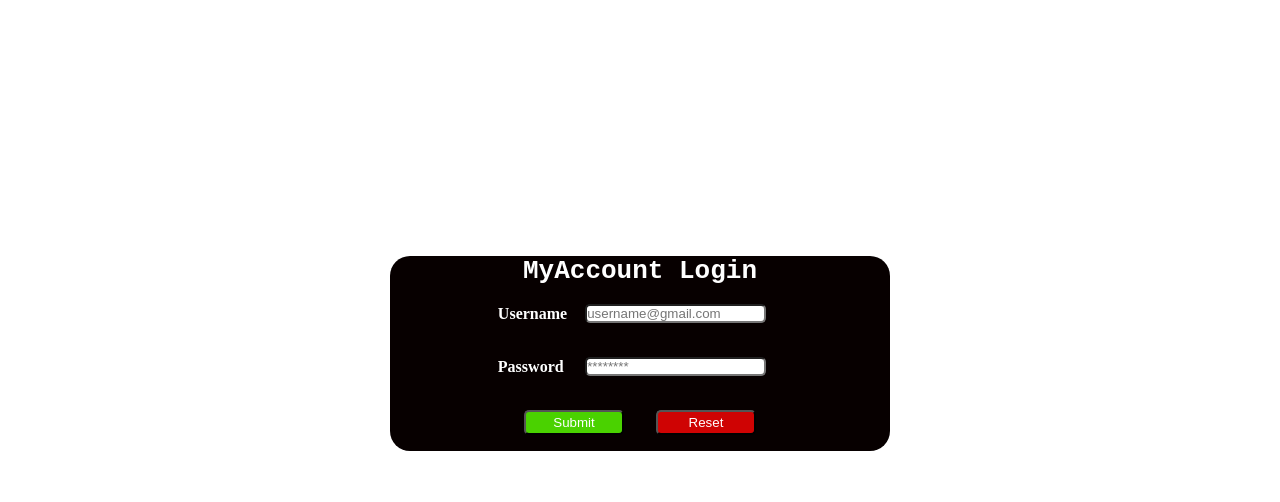
Repository: Nanda-Hari-Reddy/YouTube-Clone
Page: MDB-Free_4.20.0/SERVELETS/Demo/src/main/webapp/Login.html
The author's editor kept a copy of each file at every save. The page is drawn from the files as they stood at one save, then again after the next save.
The browser window is 1280 px wide. The pictures show the whole page.

Above is the page before, as saved 2023-11-01 19:38:51.

### MDB-Free_4.20.0/SERVELETS/Demo/src/main/webapp/Login.html
<!DOCTYPE html>
<html>
<head>
<meta charset="ISO-8859-1">
<title>MyAccount</title>
    <style>
        *
        {
            box-sizing: border-box;
            margin: 0px;
            padding: 0px;
            color: white;
        }
        .title
        {
            text-align: center;
            font-family: monospace;
        }
        .container
        {
            display: flex;
            flex-direction: column;
            justify-content: center;
            align-items: center;
            margin-top: 20%;
            margin-inline: auto;
            background-color: rgb(7, 0, 0);
            height: auto;
            width: 500px;
            border-radius: 20px;
        }
        input
        {
            margin: 1rem;
            border-radius: 5px;
        }
        .submit
        {
            display: flex;
            justify-content: center;
            align-items: center;
        }
        #submit
        {
            height: 25px;
            width: 100px;
            background-color: rgb(74, 210, 0);
        }
        #reset
        {
            height: 25px;
            width: 100px;
            background-color: rgb(207, 3, 3);
        }
    </style>
</head>
<body>
	<div class="container">
        <form action="login"></form>
        <div class="title"><h1>MyAccount Login</h1></div>
        <div>
            <table>
                <tr>
                    <td><h4>Username</h4></td>
                    <td><input type="email" placeholder="username@gmail.com" required></td>
                </tr>
                <tr>
                    <td><h4>Password</h4></td>
                    <td><input type="password" placeholder="********" required pattern="[A-Z a-z 0-9]{8,}"></td>
                </tr>
            </table>
        </div>
        <div class="submit">
            <input type="submit" name="submit" id="submit">
            <input type="reset" name="reset" id="reset">
        </div>
    </div>
</body>
</html>

After the next save:
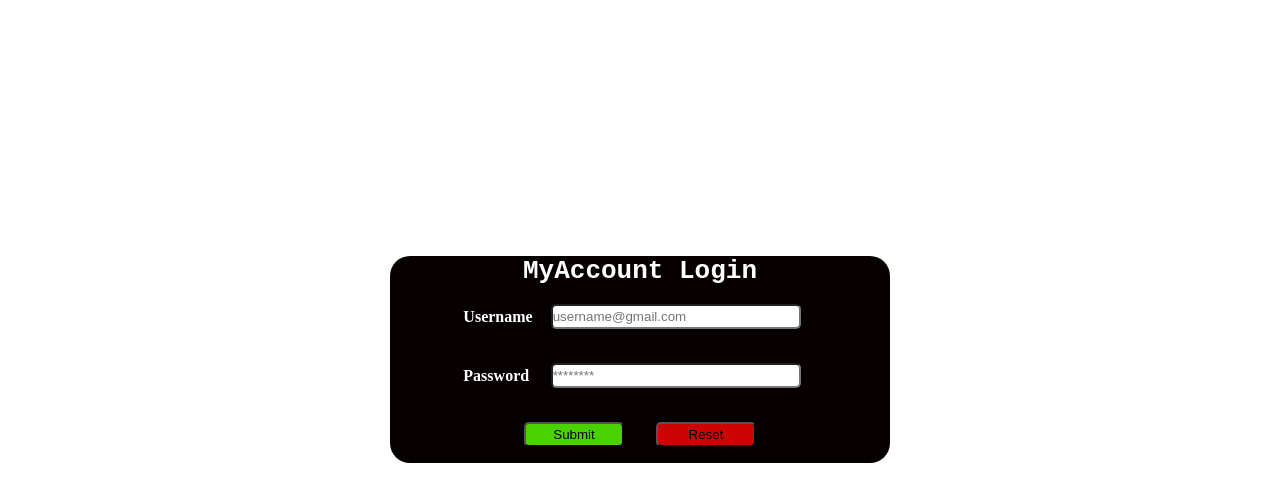
Saved 16 min 32 s later.
--- a/MDB-Free_4.20.0/SERVELETS/Demo/src/main/webapp/Login.html
+++ b/MDB-Free_4.20.0/SERVELETS/Demo/src/main/webapp/Login.html
@@ -4,7 +4,7 @@
 <meta charset="ISO-8859-1">
 <title>MyAccount</title>
     <style>
-        *
+       *
         {
             box-sizing: border-box;
             margin: 0px;
@@ -33,6 +33,9 @@
         {
             margin: 1rem;
             border-radius: 5px;
+            color: black;
+            height: 25px;
+            width: 250px;
         }
         .submit
         {
@@ -56,7 +59,7 @@
 </head>
 <body>
 	<div class="container">
-        <form action="login"></form>
+        <form action="login">
         <div class="title"><h1>MyAccount Login</h1></div>
         <div>
             <table>
@@ -74,6 +77,7 @@
             <input type="submit" name="submit" id="submit">
             <input type="reset" name="reset" id="reset">
         </div>
+        </form>
     </div>
 </body>
 </html>
